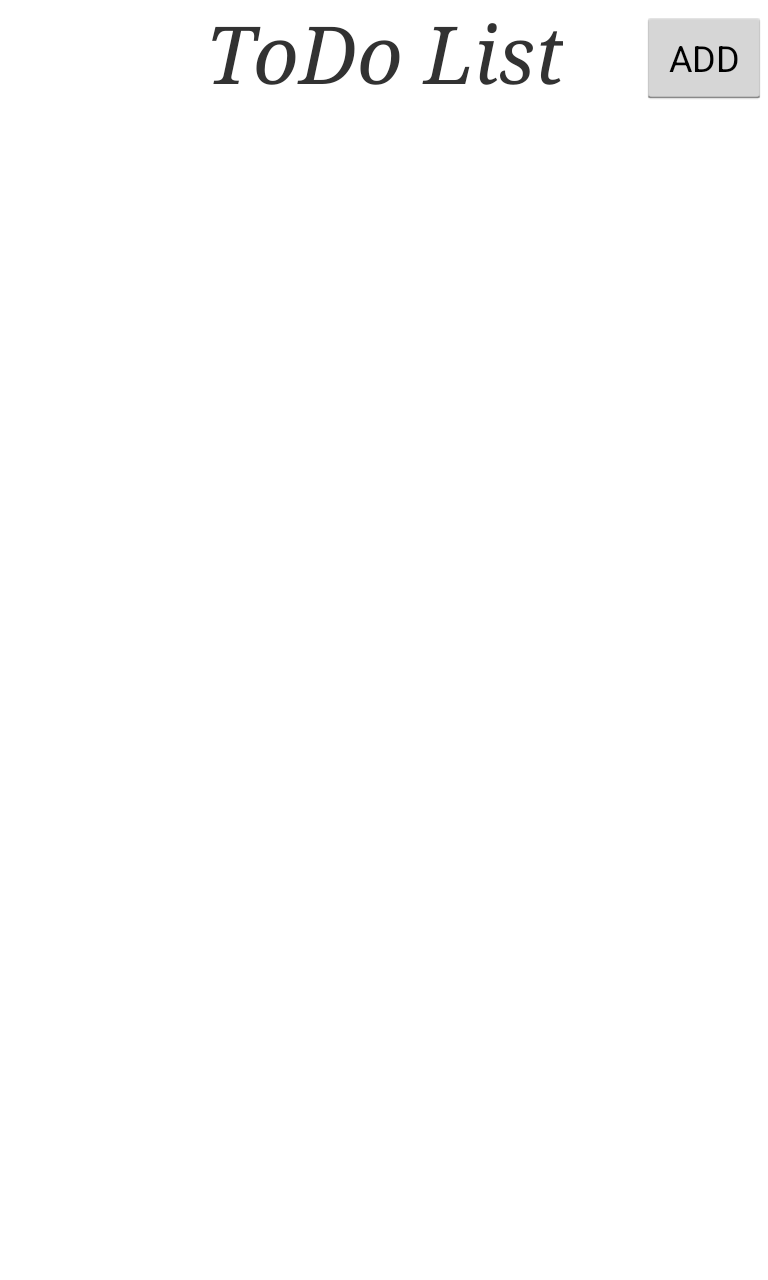
Repository: bvrit-vineeth/android-projects
Layout: TODOListApp/res/layout/activity_main.xml
The author's editor kept a copy of each file at every save. The layout is drawn from the files as they stood at one save, then again after the next save.
It is drawn on a 768 x 1280 px phone screen (xhdpi) without system bars, with theme AppTheme; the app's code is not run. Lists and similar views that code fills are empty.

Above is the layout before, as saved 2013-08-24 15:28:27.

### TODOListApp/res/layout/activity_main.xml
<?xml version="1.0" encoding="utf-8"?>
<LinearLayout
	android:id="@+id/widget40"
	android:layout_width="fill_parent"
	android:layout_height="fill_parent"
	android:orientation="vertical"
	xmlns:android="http://schemas.android.com/apk/res/android">
<RelativeLayout
	android:id="@+id/widget43"
	android:layout_width="fill_parent"
	android:layout_height="58dp">
<TextView
	android:id="@+id/widget44"
	android:layout_width="wrap_content"
	android:layout_height="wrap_content"
	android:text="ToDo List"
	android:textSize="40sp"
	android:typeface="serif"
	android:textStyle="italic"
	android:gravity="center"
	android:layout_alignParentTop="true"
	android:layout_centerHorizontal="true" />
<Button
	android:id="@+id/widget45"
	android:layout_width="wrap_content"
	android:layout_height="wrap_content"
	android:text="ADD"
	android:onClick="onClick"
	android:layout_centerVertical="true"
	android:layout_alignParentRight="true" />
</RelativeLayout>
<ListView
	android:id="@+id/ToDoListView"
	android:layout_width="fill_parent"
	android:layout_height="wrap_content" />
</LinearLayout>

Loaded but not shown: TODOListApp/res/values/styles.xml (common file); TODOListApp/res/values-v11/styles.xml (common file); TODOListApp/res/values-v14/styles.xml (common file)

After the next save:
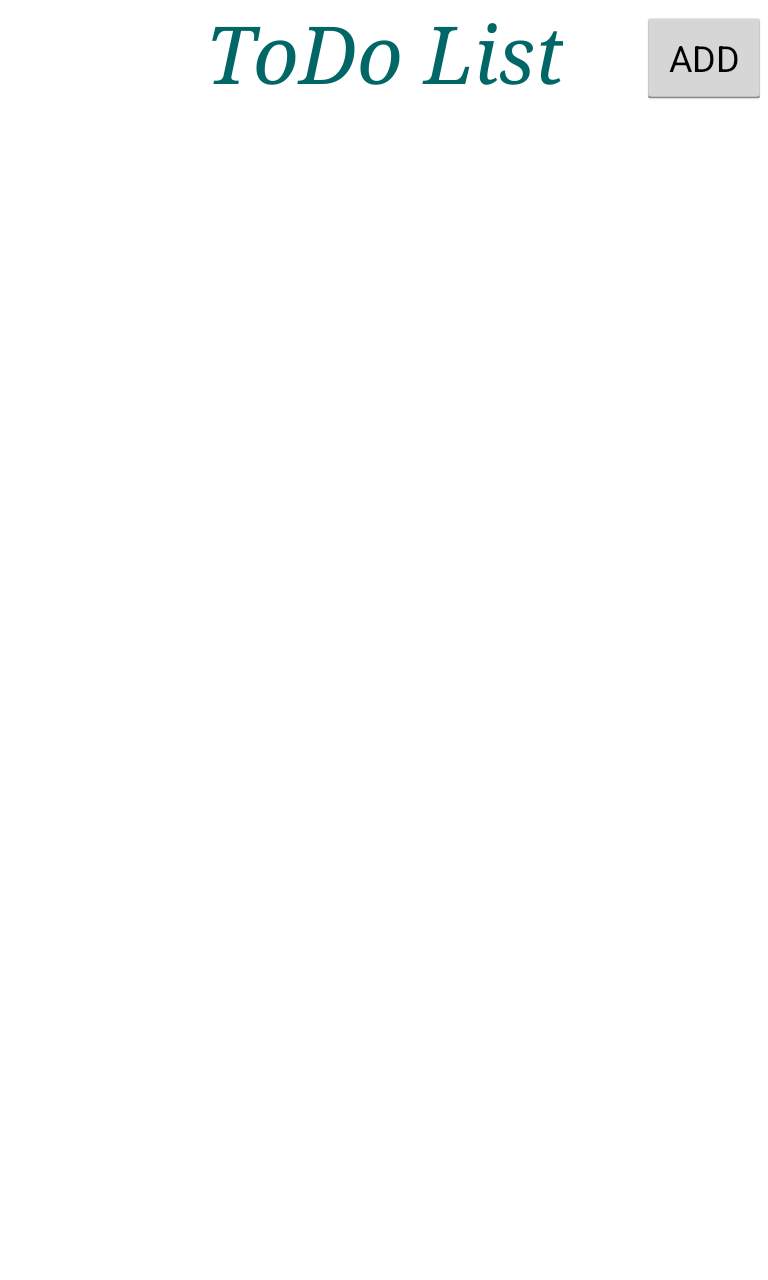
Saved 2 min 40 s later.
--- a/TODOListApp/res/layout/activity_main.xml
+++ b/TODOListApp/res/layout/activity_main.xml
@@ -17,6 +17,7 @@
 	android:textSize="40sp"
 	android:typeface="serif"
 	android:textStyle="italic"
+	android:textColor="#ff006666"
 	android:gravity="center"
 	android:layout_alignParentTop="true"
 	android:layout_centerHorizontal="true" />
